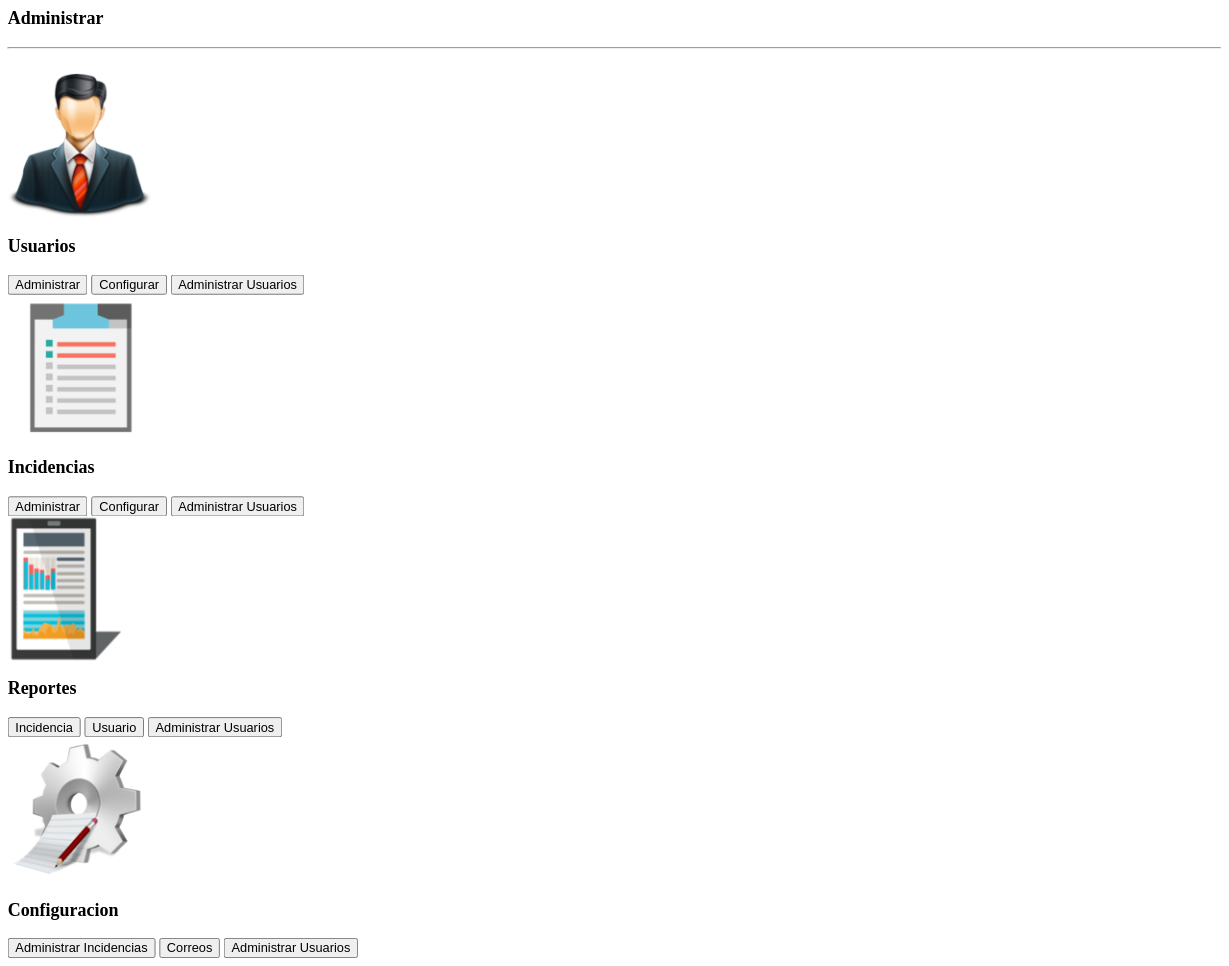
Repository: androla10/ProyectoCibert5to
Page: http://localhost/GDI/Admin/Admin.jsp
These files come from the project's save history. The page is drawn as it stood at one moment and after the next save; the edit follows.
The browser window is 1280 px wide. The pictures show the whole page, at 96% of full size.
The page is served by Tomcat 9. Nobody is signed in. The application's start-up code is not run. Other server files are loaded and not shown.

Above is the page before, as saved 2016-04-25 17:53:42.

### GDI/src/main/webapp/Admin/Admin.jsp
<div class="container-fluid">
	<h3><i class="fa fa-users" aria-hidden="true"></i> Administrar</h3>
	<hr>
	<br>
	<div class="row animated fadeIn">
		<div class="col-xs-12 col-sm-6 col-md-3 col-lg-3">
			<div class="thumbnail">
				<img src="../img/user.png" alt="Imagen User">
				<div class="caption">
					<h3>Usuarios</h3>
					<div class="list-group">
					  <button type="button" class="list-group-item"><i class="fa fa-user fa-1x"></i> Administrar</button>
					  <button type="button" class="list-group-item"><i class="fa fa-cog fa-1x"></i> Configurar</button>
					  <button type="button" class="list-group-item"><i class="fa fa-user fa-1x"></i> Administrar Usuarios</button>
					</div>
				</div>
			</div>
		</div>
		<div class="col-xs-12 col-sm-6 col-md-3 col-lg-3">
			<div class="thumbnail">
				<img src="../img/incidencia.png" alt="...">
				<div class="caption">
					<h3>Incidencias</h3>
					<div class="list-group">
					  <button type="button" class="list-group-item"><i class="fa fa-user fa-1x"></i> Administrar</button>
					  <button type="button" class="list-group-item"><i class="fa fa-user fa-1x"></i> Configurar</button>
					  <button type="button" class="list-group-item"><i class="fa fa-user fa-1x"></i> Administrar Usuarios</button>
					</div>
				</div>
			</div>
		</div>
		<div class="col-xs-12 col-sm-6 col-md-3 col-lg-3">
			<div class="thumbnail">
				<img src="../img/reporte.png" alt="...">
				<div class="caption">
					<h3>Reportes</h3>
					<div class="list-group">
					  <button type="button" class="list-group-item"><i class="fa fa-list-alt fa-1x"></i> Incidencia</button>
					  <button type="button" class="list-group-item"><i class="fa fa-user fa-1x"></i> Usuario</button>
					  <button type="button" class="list-group-item"><i class="fa fa-user fa-1x"></i> Administrar Usuarios</button>
					</div>
				</div>
			</div>
		</div>
		<div class="col-xs-12 col-sm-6 col-md-3 col-lg-3">
			<div class="thumbnail">
				<img src="../img/configuracion.png" alt="...">
				<div class="caption">
					<h3>Configuracion</h3>
					<div class="list-group">
					  <button type="button" class="list-group-item"><i class="fa fa-user fa-1x"></i> Administrar Incidencias</button>
					  <button type="button" class="list-group-item"><i class="fa fa-user fa-1x"></i> Correos</button>
					  <button type="button" class="list-group-item"><i class="fa fa-user fa-1x"></i> Administrar Usuarios</button>
					</div>
				</div>
			</div>
		</div>
	</div>
</div>

After the next save:
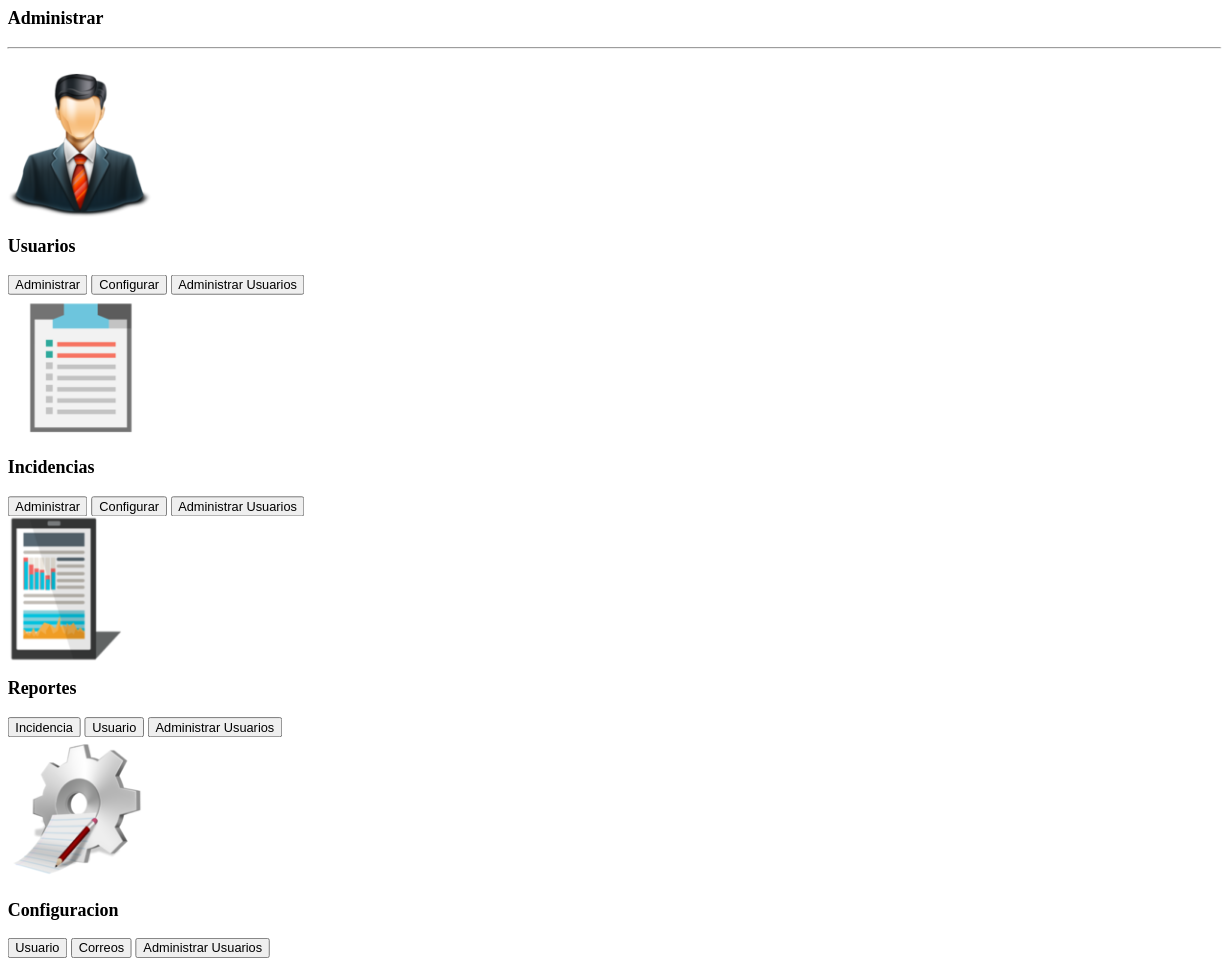
Saved 8 s later.
--- a/GDI/src/main/webapp/Admin/Admin.jsp
+++ b/GDI/src/main/webapp/Admin/Admin.jsp
@@ -48,7 +48,7 @@
 				<div class="caption">
 					<h3>Configuracion</h3>
 					<div class="list-group">
-					  <button type="button" class="list-group-item"><i class="fa fa-user fa-1x"></i> Administrar Incidencias</button>
+					  <button type="button" class="list-group-item"><i class="fa fa-user fa-1x"></i> Usuario</button>
 					  <button type="button" class="list-group-item"><i class="fa fa-user fa-1x"></i> Correos</button>
 					  <button type="button" class="list-group-item"><i class="fa fa-user fa-1x"></i> Administrar Usuarios</button>
 					</div>
